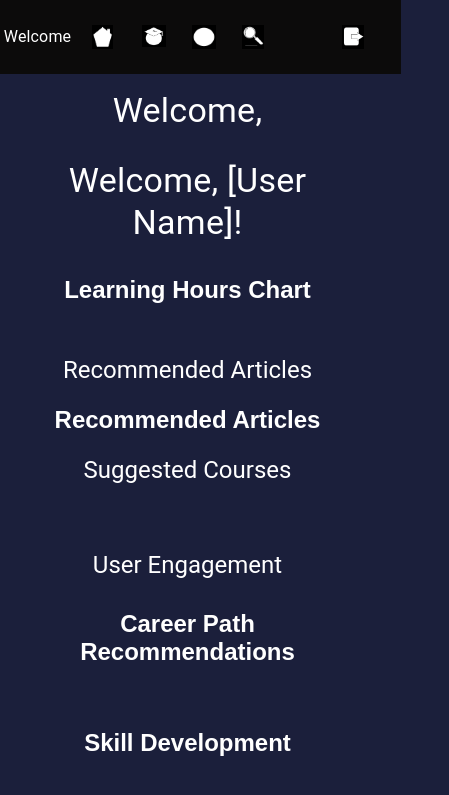
Repository: jvt2/OnlineCourseApp
Page: /dashboard
An editor plug-in stored every save of this project. The page is shown before and after the next save, followed by the edit.
The browser window is 375 px wide. The page is 401 px wide, then 449 px, then 401 px, so the pictures cover 449 px, including what lies to the right of the window. The pictures show the whole page.
The page's requests for data from a server got no answer. The project was rebuilt for these pictures with package versions that can differ from the ones it lists, and the page was loaded fresh each time. No one was signed in, and anything a server would have sent is missing. Also part of the build but not shown: src/features/auth/Register.js, src/features/auth/Login.js, src/features/courses/ResumeUpload.js, src/features/courses/CourseRecommendations.js, src/components/common/MyModal.js, src/features/courses/CourseCatalog.js, src/features/courses/CourseDetail.js, src/components/common/Navbar.js and 3 more. Imported but missing from the stored project, and not drawn on this page: src/app/reportWebVitals.

Above is the page before, as saved 2024-07-18 17:02:27.

After the next save:
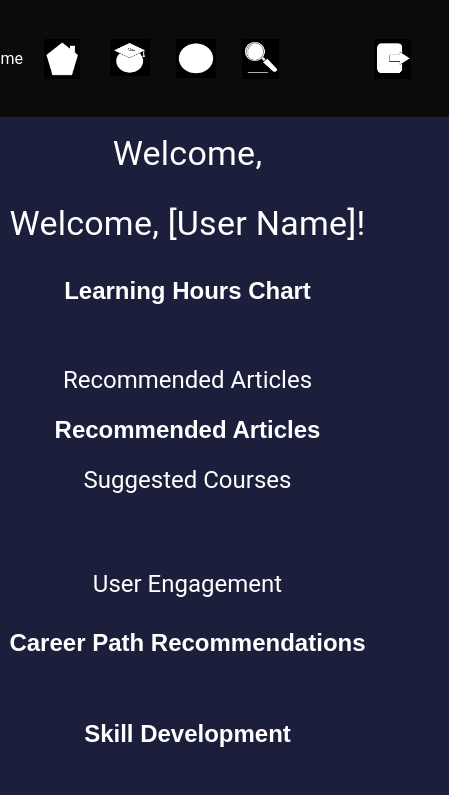
Saved 6 min 12 s later.
--- a/src/features/dashboard/Dashboard.css
+++ b/src/features/dashboard/Dashboard.css
@@ -31,11 +31,12 @@ body {
 
 .container {
   display: grid;
-  grid-template-columns: 80px 1fr;
+  grid-template-columns: 133px 1fr;
   min-height: 100vh;
 }
 
 .sidebar {
+  width: 133px;
   background: var(--primary-color);
   border-radius: 0 var(--border-radius) var(--border-radius) 0;
   display: flex;
@@ -43,6 +44,8 @@ body {
   align-items: center;
   justify-content: space-between;
   padding: var(--spacing-unit) 0;
+  position: fixed;
+  height: 100vh;
 }
 
 .sidebar-main {
@@ -57,15 +60,15 @@ body {
   font-family: var(--font-header);
   color: var(--text-color);
   font-weight: 400;
-  font-size: clamp(20px, 3vw, 24px);
-  line-height: 1.25;
+  font-size: 64px;
+  line-height: 102px;
   margin-bottom: 40px;
   text-align: center;
 }
 
 .sidebar-icon {
-  width: 24px;
-  height: 24px;
+  width: 40px;
+  height: 40px;
   margin: 20px 0;
   cursor: pointer;
   background-size: contain;
@@ -104,6 +107,7 @@ body {
   display: grid;
   grid-template-rows: auto 1fr;
   gap: var(--spacing-unit);
+  margin-left: 133px; /* Adjust for sidebar width */
   overflow-y: auto;
 }
 
@@ -167,6 +171,7 @@ body {
     width: 100%;
     height: auto;
     padding: var(--spacing-unit);
+    position: relative;
   }
 
   .sidebar-main {
@@ -179,6 +184,10 @@ body {
 
   .dashboard-header {
     font-size: 1.5rem;
+  }
+
+  .dashboard-container {
+    margin-left: 0;
   }
 }
 
@@ -191,6 +200,7 @@ body {
     flex-direction: column;
     align-items: flex-start;
     padding: 10px;
+    position: relative;
   }
 
   .sidebar-main {
@@ -204,4 +214,8 @@ body {
   .dashboard-header {
     font-size: 1.2rem;
   }
-}
+
+  .dashboard-container {
+    margin-left: 0;
+  }
+}

After the save that followed:
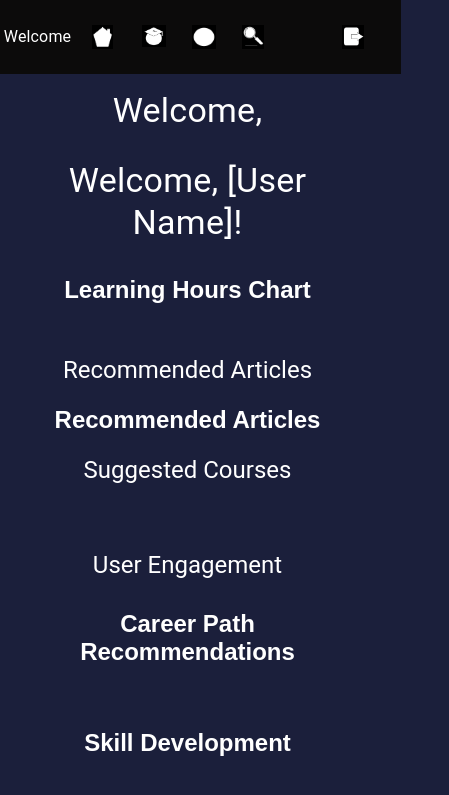
Saved 26 s later.
--- a/src/features/dashboard/Dashboard.css
+++ b/src/features/dashboard/Dashboard.css
@@ -31,12 +31,11 @@ body {
 
 .container {
   display: grid;
-  grid-template-columns: 133px 1fr;
+  grid-template-columns: 80px 1fr;
   min-height: 100vh;
 }
 
 .sidebar {
-  width: 133px;
   background: var(--primary-color);
   border-radius: 0 var(--border-radius) var(--border-radius) 0;
   display: flex;
@@ -44,8 +43,6 @@ body {
   align-items: center;
   justify-content: space-between;
   padding: var(--spacing-unit) 0;
-  position: fixed;
-  height: 100vh;
 }
 
 .sidebar-main {
@@ -60,15 +57,15 @@ body {
   font-family: var(--font-header);
   color: var(--text-color);
   font-weight: 400;
-  font-size: 64px;
-  line-height: 102px;
+  font-size: clamp(20px, 3vw, 24px);
+  line-height: 1.25;
   margin-bottom: 40px;
   text-align: center;
 }
 
 .sidebar-icon {
-  width: 40px;
-  height: 40px;
+  width: 24px;
+  height: 24px;
   margin: 20px 0;
   cursor: pointer;
   background-size: contain;
@@ -107,7 +104,6 @@ body {
   display: grid;
   grid-template-rows: auto 1fr;
   gap: var(--spacing-unit);
-  margin-left: 133px; /* Adjust for sidebar width */
   overflow-y: auto;
 }
 
@@ -171,7 +167,6 @@ body {
     width: 100%;
     height: auto;
     padding: var(--spacing-unit);
-    position: relative;
   }
 
   .sidebar-main {
@@ -184,10 +179,6 @@ body {
 
   .dashboard-header {
     font-size: 1.5rem;
-  }
-
-  .dashboard-container {
-    margin-left: 0;
   }
 }
 
@@ -200,7 +191,6 @@ body {
     flex-direction: column;
     align-items: flex-start;
     padding: 10px;
-    position: relative;
   }
 
   .sidebar-main {
@@ -214,8 +204,4 @@ body {
   .dashboard-header {
     font-size: 1.2rem;
   }
-
-  .dashboard-container {
-    margin-left: 0;
-  }
-}
+}
